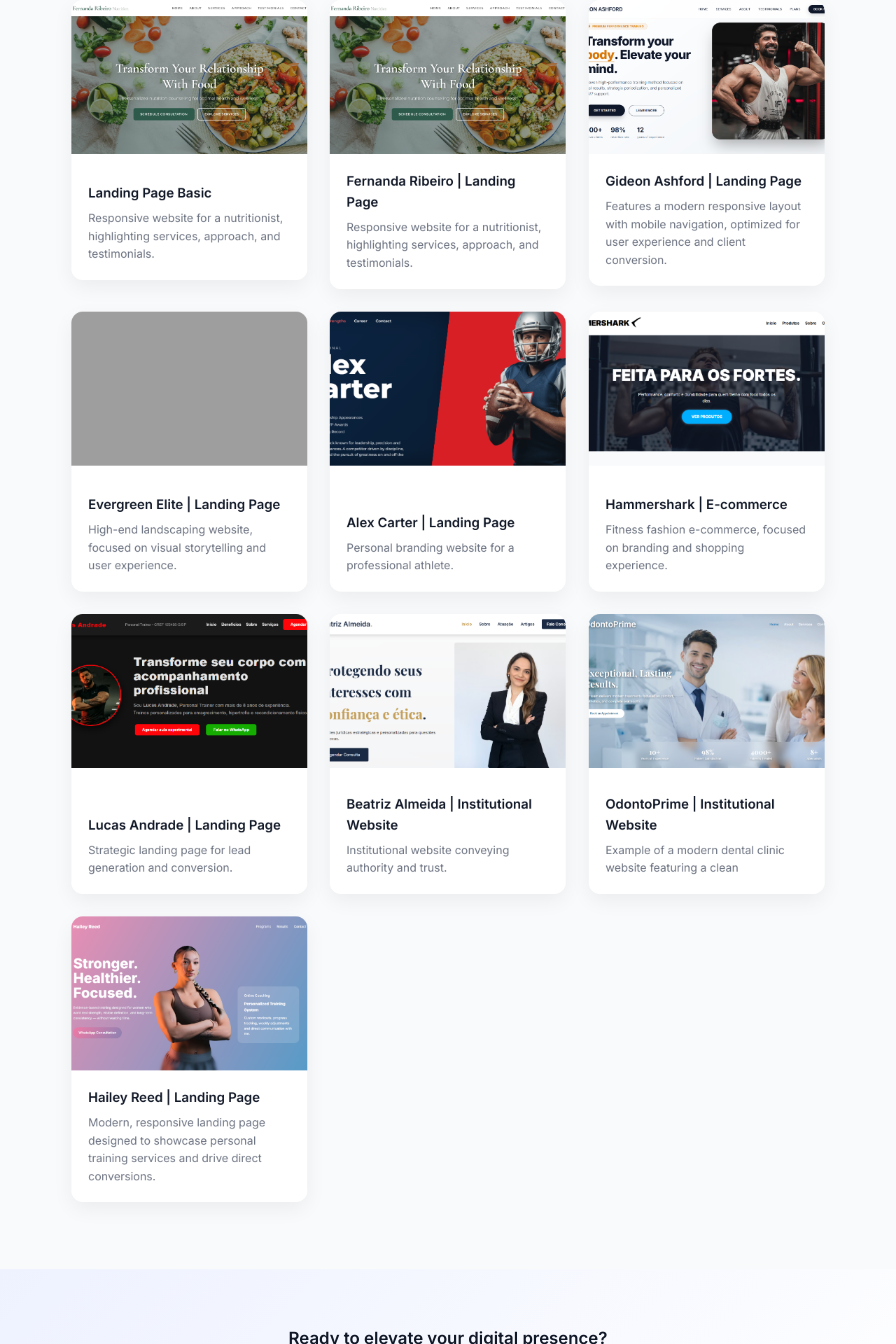
Repository: davidfsillva/portifolio
Page: index.html
These files come from the project's save history. The page is drawn as it stood at one moment and after the next save; the edit follows.
The browser window is 1280 px wide. The pictures show the part of the page from y = 1483 to 3403 px (the page is 3822 px tall before and 3843 px after), at 70% of full size.
Pictures or frames that could not be fetched are drawn as grey boxes.

Above is the page before, as saved 2026-02-21 17:33:31.
Console error: TypeError: Cannot read properties of null (reading 'addEventListener')

After the next save:
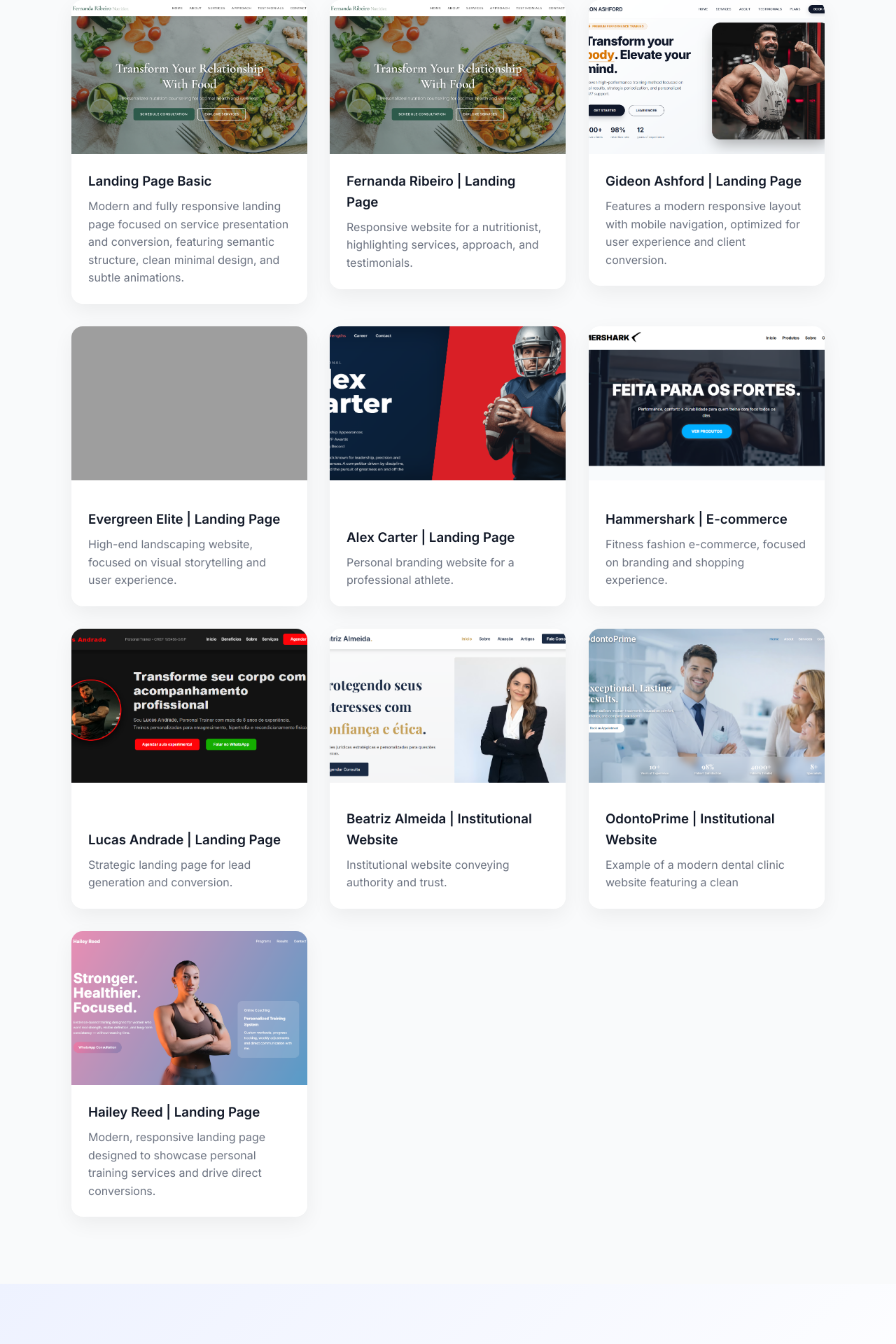
Saved 90 s later.
--- a/index.html
+++ b/index.html
@@ -90,7 +90,7 @@
                     </div>
                     <div class="card-info">
                         <h3>Landing Page Basic</h3>
-                        <p>Responsive website for a nutritionist, highlighting services, approach, and testimonials.</p>
+                        <p>Modern and fully responsive landing page focused on service presentation and conversion, featuring semantic structure, clean minimal design, and subtle animations.</p>
                     </div>
                 </div>
             </a>
